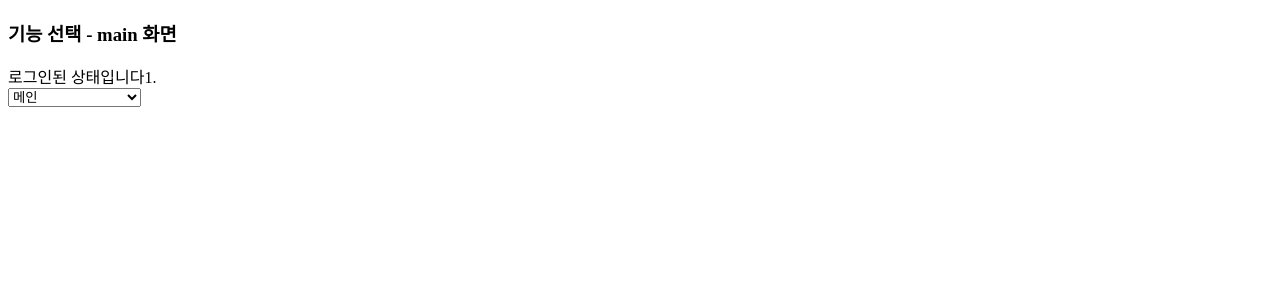
Repository: minjikimkim2222/BBS
Page: http://localhost/BBS/main.jsp
The author's editor kept a copy of each file at every save. The page is drawn from the files as they stood at one save, then again after the next save.
The browser window is 1280 px wide. The pictures show the whole page.
The page is served by Tomcat 9.

Above is the page before, as saved 2023-12-26 05:49:51.

After the next save:
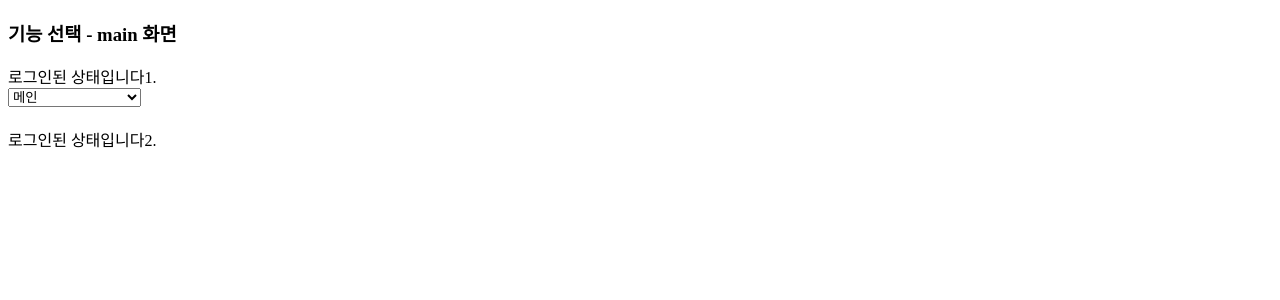
Saved 55 s later.
--- a/BBS/src/main/webapp/main.jsp
+++ b/BBS/src/main/webapp/main.jsp
@@ -35,6 +35,8 @@
                 </optgroup>
             </select>
      </form>
+
+     <span>로그인된 상태입니다2.</span>
         <% } else { // 로그인이 되어 있는 상태에서 보여지는 화면 %>
 
 			<span>로그인된 상태입니다2.</span>
